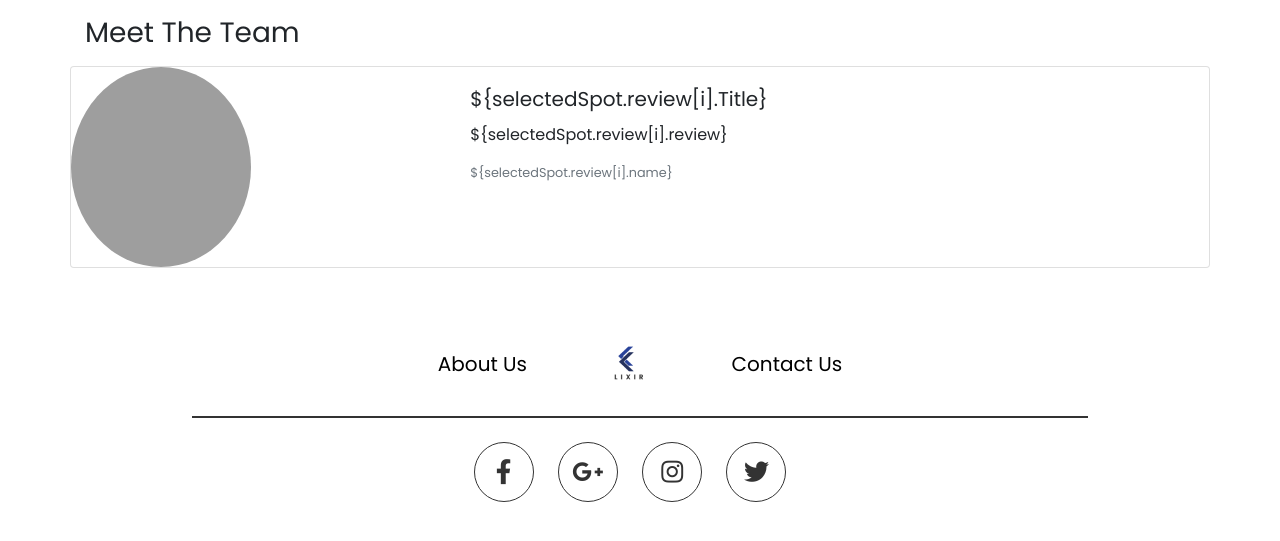
Repository: phiiileo/lit-page
Page: team-page.html
The author's editor kept a copy of each file at every save. The page is drawn from the files as they stood at one save, then again after a run of saves.
The browser window is 1280 px wide. The pictures show the whole page.
Pictures or frames that could not be fetched are drawn as grey boxes. Some web libraries are served in a nearby version.

Above is the page before, as saved 2019-12-04 20:54:42.

### team-page.html
<head>
  <meta charset="UTF-8" />
  <meta name="viewport" content="width=device-width, initial-scale=1.0" />
  <meta http-equiv="X-UA-Compatible" content="ie=edge" />
  <title>Lixir | Official Page</title>
  <link
    rel="stylesheet"
    href="css/bootstrap-4.4.0-dist/css/bootstrap.min.css"
  />
  <script src="js/jquery-1.11.1.min.js"></script>
  <script src="js/popper.min.js"></script>
  <script src="css/bootstrap-4.4.0-dist/js/bootstrap.min.js"></script>
  <link
    href="https://fonts.googleapis.com/css?family=Poppins&display=swap"
    rel="stylesheet"
  />
  <link
    rel="stylesheet"
    type="text/css"
    href="https://cdnjs.cloudflare.com/ajax/libs/font-awesome/5.11.2/css/all.min.css"
  />
  <link rel="stylesheet" href="css/site_footer.css" />
  <link rel="stylesheet" href="./css/team-page.css">
</head>

<div class="container">
    <p><h3>Meet The Team</h3></p>
    <div class="row row-cols-1 row-cols-md-1">
        <div class="card">
            <div class="row no-gutters">
                <div class="col-md-4">
                    <img src="https://res.cloudinary.com/gboyega/image/upload/v1575387409/grillspot/profile-placeholder_kqu2no.png" alt="profileImage" class="team-image">
                </div>
                <div class="col-md-8">
                    <div class="card-body">
                        <h5 class="card-title">${selectedSpot.review[i].Title}</h5>
                        <p class="card-text">${selectedSpot.review[i].review}</p>
                        <p class="card-text"><small class="text-muted">${selectedSpot.review[i].name}</small></p>
                    </div>
                </div>
            </div>
        </div>
    </div>
</div>

<footer class="mt-5">
  <section class="footer_content mx-auto text-center">
    <section class="footer_content--one">
      <a href="about_us.php" class="">About Us</a>
      <a href="index.php" class="mx-5">
        <img src="image/footer_logo.png" alt="" width="100px" height="100px"
      /></a>
      <a href="contact.php" class="">Contact Us</a>
    </section>
    <section class="footer_content--two pt-4">
      <a href="#"><i class="fab fa-facebook-f"></i></a>
      <a href=""><i class="fab fa-google-plus-g"></i></a>
      <a href=""><i class="fab fa-instagram"></i></a>
      <a href=""><i class="fab fa-twitter"></i></a>
    </section>
  </section>
</footer>

### css/site_footer.css
footer .footer_content {
    width: 70%;
  }

  footer .footer_content .footer_content--one {
    width: 100%;
    border-bottom: 2px solid #333333;
  }

  footer .footer_content .footer_content--one a {
    font-size: 20px;
    line-height: 28px;
    color: #000000;
    display: inline-block;
  }

  footer .footer_content .footer_content--two a {
    color: #333333;
    border: 1px solid #333333;
    border-radius: 50%;
    width: 60px;
    height: 60px;
    display: -webkit-inline-box;
    display: -ms-inline-flexbox;
    display: inline-flex;
    -webkit-box-pack: center;
        -ms-flex-pack: center;
            justify-content: center;
    -webkit-box-align: center;
        -ms-flex-align: center;
            align-items: center;
    margin-right: 20px;
    margin-bottom: 20px;
  }

  footer .footer_content .footer_content--two a i {
    font-size: 25px;
  }

### css/team-page.css
* {
  margin-top: 0;
  padding: 0px;
  box-sizing: border-box;
  font-family: "Poppins", sans-serif;
}
.team-image{
    width: 180px;
    height: 200px;
    border-radius: 50%;
}

Loaded but not shown: css/bootstrap-4.4.0-dist/css/bootstrap.min.css (library); js/jquery-1.11.1.min.js (library); js/popper.min.js (library); css/bootstrap-4.4.0-dist/js/bootstrap.min.js (library)

After the next 3 saves:
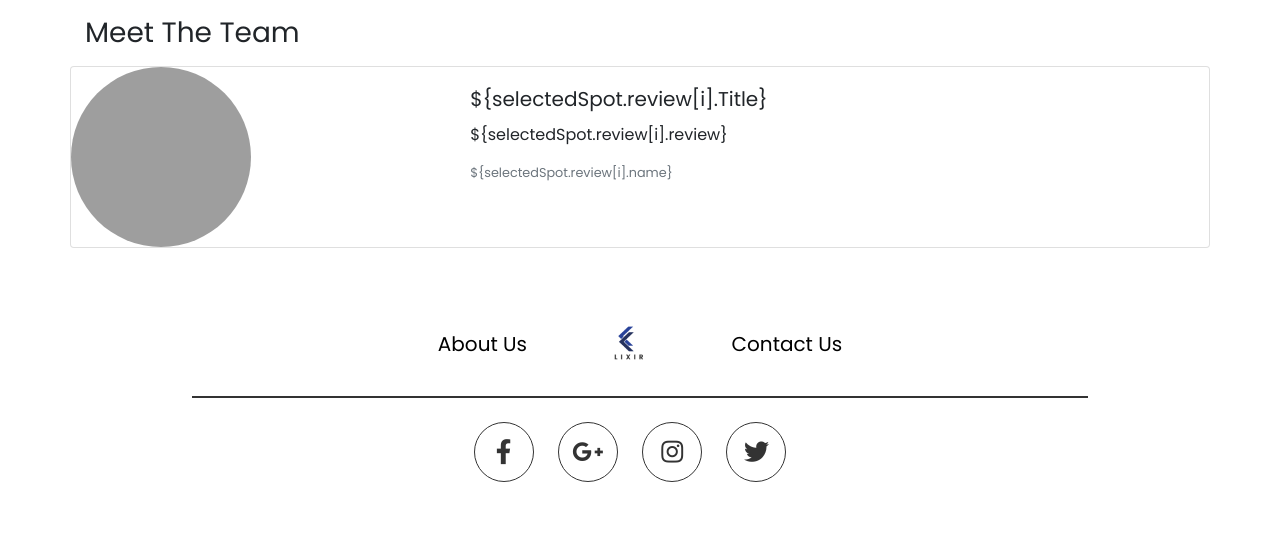
The 3 saves are shown as one change because they came seconds apart.
The last was saved 6 s later.
--- a/css/team-page.css
+++ b/css/team-page.css
@@ -6,6 +6,6 @@
 }
 .team-image{
     width: 180px;
-    height: 200px;
+    height: 180px;
     border-radius: 50%;
 }
